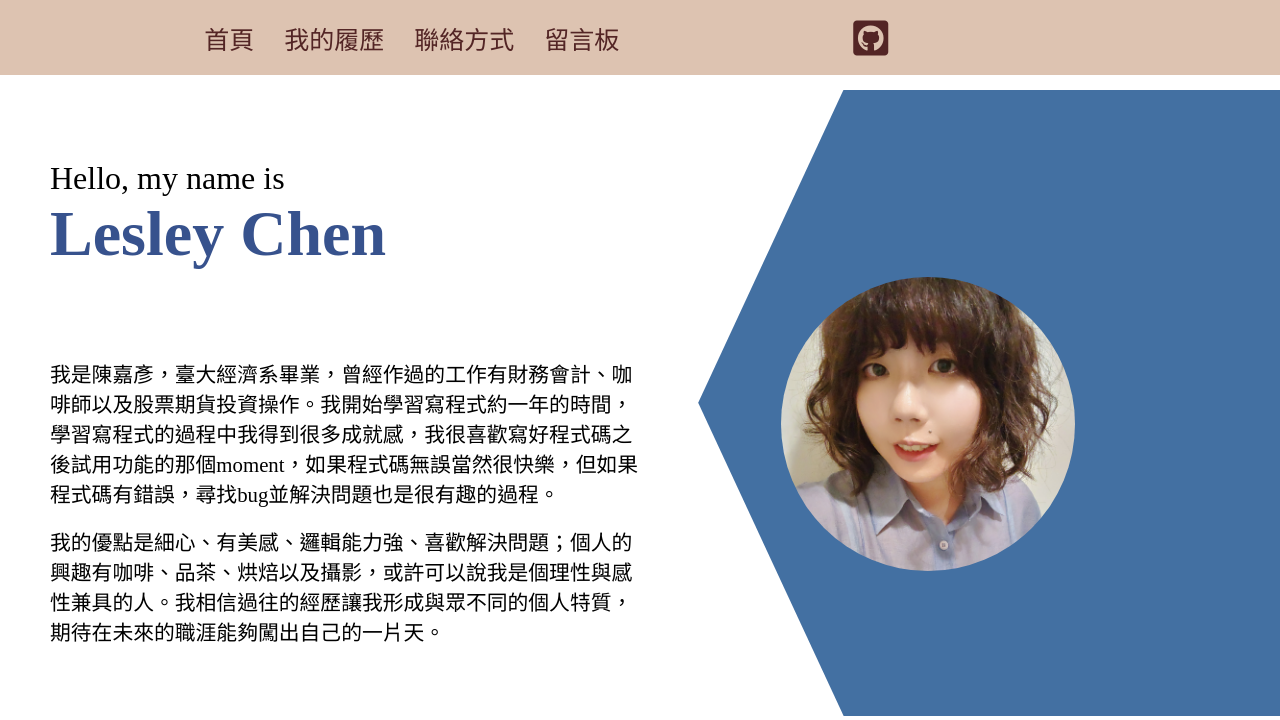
Repository: lcjyc/portfolio-website
Page: /
An editor plug-in stored every save of this project. The page is shown before and after the next save, followed by the edit.
The browser window is 1280 px wide. The pictures show the whole page.
The project was rebuilt for these pictures with package versions that can differ from the ones it lists, and the page was loaded fresh each time. Also part of the build but not shown: src/pages/resume/resume.css, src/pages/resume/Resume.jsx, src/pages/contact/contact.css, src/pages/contact/Contact.jsx.

Above is the page before, as saved 2022-08-20 09:26:18.

After the next save:
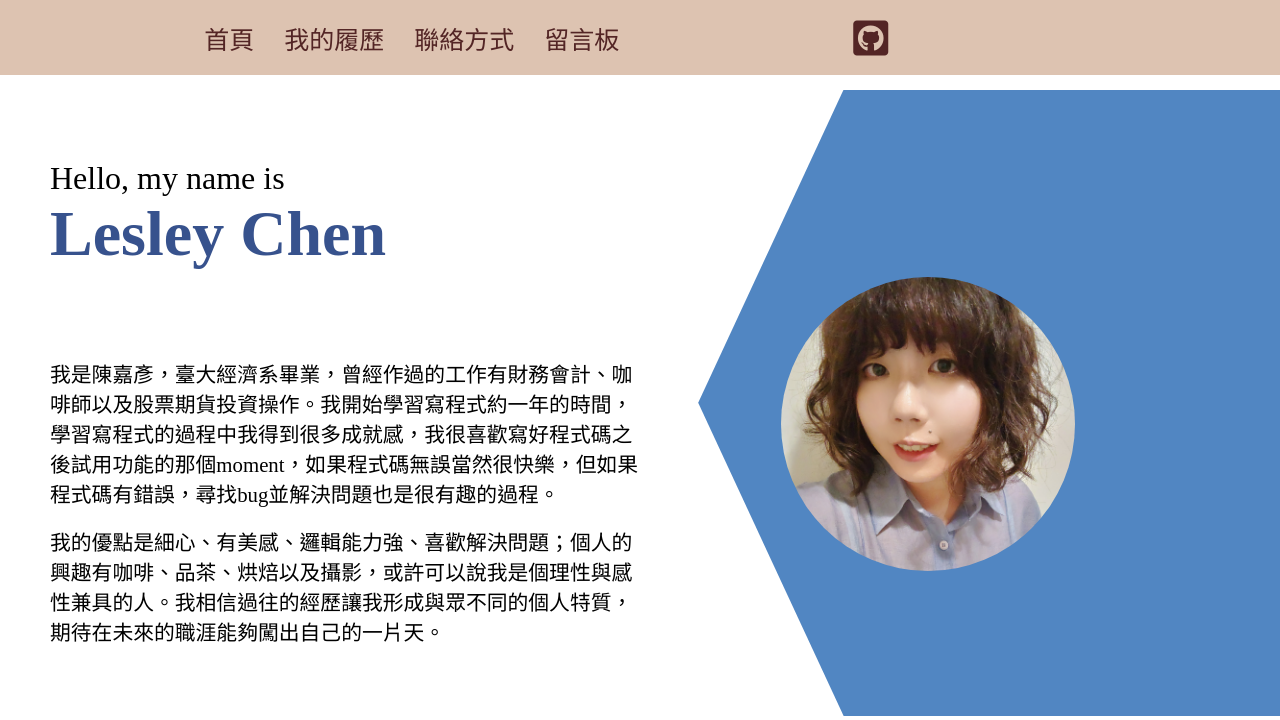
Saved 11 s later.
--- a/src/pages/home/home.css
+++ b/src/pages/home/home.css
@@ -87,7 +87,7 @@
 
 .i-bg {
   clip-path: polygon(100% 0%, 100% 51%, 100% 100%, 25% 100%, 0% 50%, 25% 0%);
-  background-color: rgb(67, 112, 162);
+  background-color: rgb(81, 134, 194);
   width: 100%;
   height: 100%;
   position: absolute;

After the save that followed:
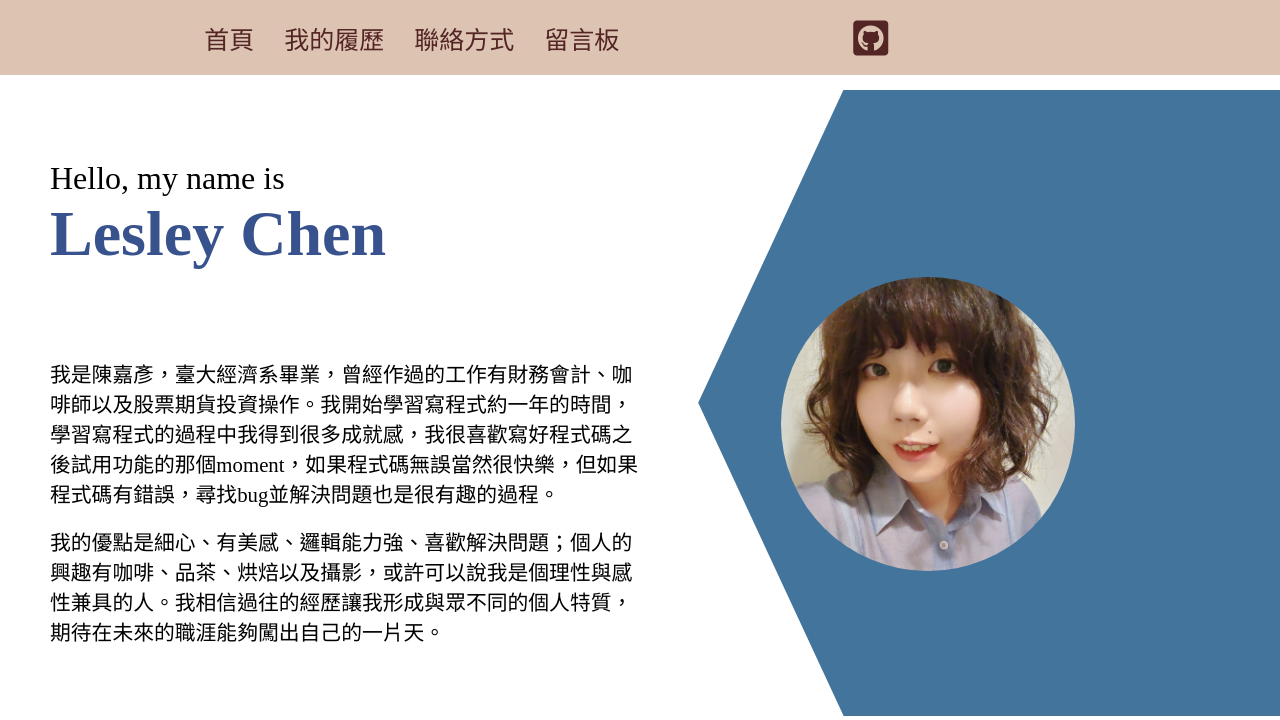
Saved 36 s later.
--- a/src/pages/home/home.css
+++ b/src/pages/home/home.css
@@ -87,7 +87,7 @@
 
 .i-bg {
   clip-path: polygon(100% 0%, 100% 51%, 100% 100%, 25% 100%, 0% 50%, 25% 0%);
-  background-color: rgb(81, 134, 194);
+  background-color: rgb(67, 116, 156);
   width: 100%;
   height: 100%;
   position: absolute;
